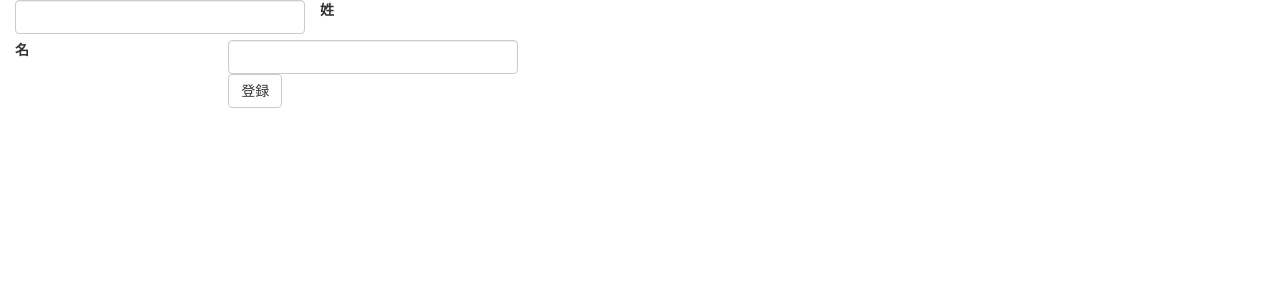
Repository: erinakatagiri/gomi
Page: bootstrap_lesson.html
The author's editor kept a record of every edit. The page is drawn from the files as they stood at one moment, then again after the next edit.
The browser window is 1280 px wide. The pictures show the whole page.

Above is the page before.

After the next edit:
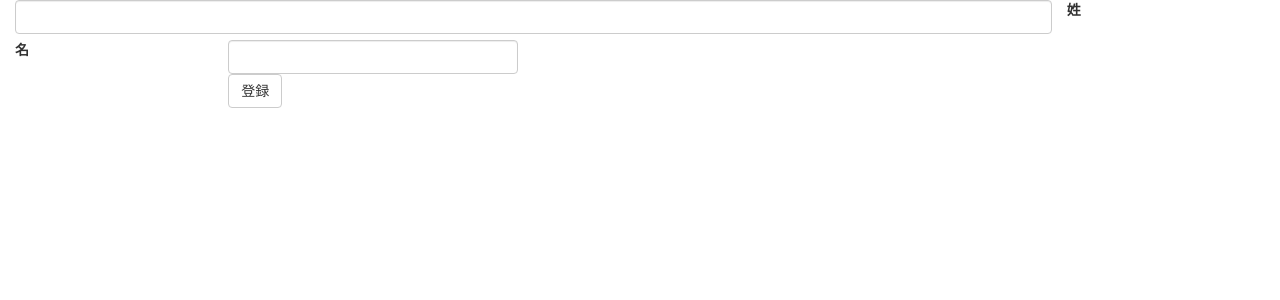
The edit:
--- a/bootstrap_lesson.html
+++ b/bootstrap_lesson.html
@@ -30,7 +30,7 @@
   <!-- "form-group" expresses a row -->
   <div class="form-group">
     <label class="col-2 control-label">姓</label>
-    <div class="col-xs-3">
+    <div class="col-xs-10">
       <input type="text" class="form-control"  name="lastname">
     </div>
   </div>
